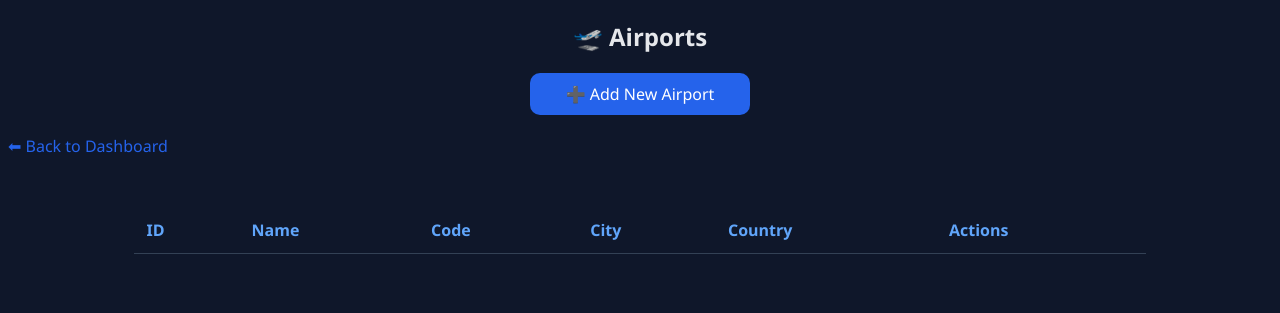
Repository: SNEHASURESH003/flight_system
Page: http://localhost/airports/
An editor plug-in stored every save of this project. The page is shown before and after the next save, followed by the edit.
The browser window is 1280 px wide. The pictures show the whole page.
The page is served by the project's application, run on Django 5.2 (manage.py). Queries for data that is not in the repository find no rows.

Above is the page before, as saved 2026-01-20 00:30:57.

After the next save:
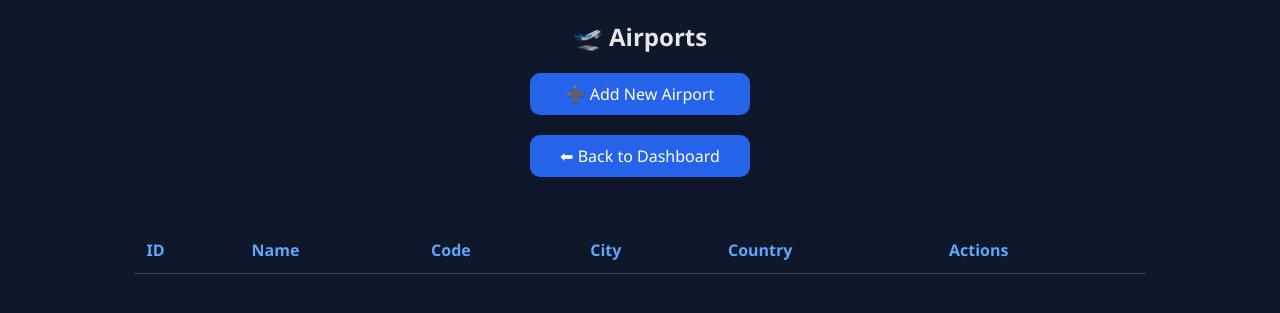
Saved 4 s later.
--- a/airport/airport_route/templates/list_airports.html
+++ b/airport/airport_route/templates/list_airports.html
@@ -16,7 +16,7 @@
     <h2 style="text-align:center;">🛫 Airports</h2>
 
     <a href="{% url 'add_airport' %}" class="add-btn">➕ Add New Airport</a>
-      <a href="{% url 'dashboard' %}" class="add-">⬅ Back to Dashboard</a>
+      <a href="{% url 'dashboard' %}" class="add-btn">⬅ Back to Dashboard</a>
 
     <table>
         <tr>
